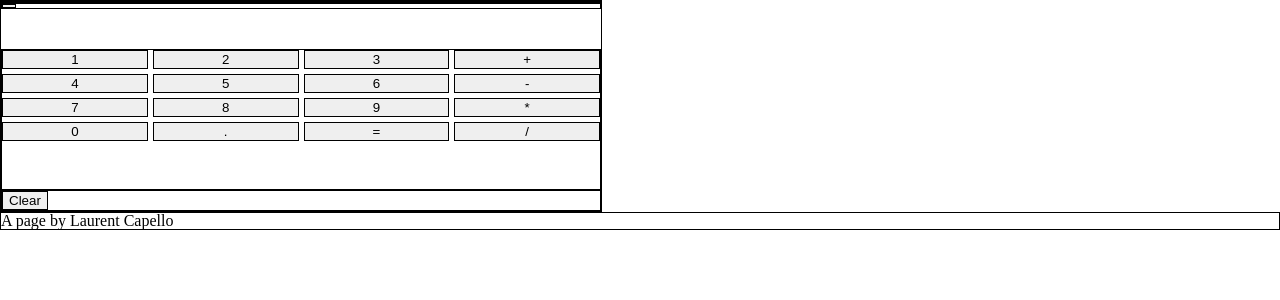
Repository: sokafootball/js-calculator
Page: index.html
These files come from the project's save history. The page is drawn as it stood at one moment and after the next save; the edit follows.
The browser window is 1280 px wide. The pictures show the whole page.

Above is the page before, as saved 2020-04-25 11:37:08.

### index.html
<html>
<head>
  <link rel="stylesheet" type="text/css" href="reset.css">
  <link rel="stylesheet" type="text/css" href="style.css">
  <link rel="stylesheet" type="text/css" href="wireframe.css">
</head>
<body>
<main id="main">
  <div id="calculator">
    <div id="calc-top">
      <p id="display"></p>
      <button id="backspace" class="button"></button>
    </div>
    <div id="calc-mid">
      <button class="button">1</button>
      <button class="button">2</button>
      <button class="button">3</button>
      <button class="button">+</button>
      <button class="button">4</button>
      <button class="button">5</button>
      <button class="button">6</button>
      <button class="button">-</button>
      <button class="button">7</button>
      <button class="button">8</button>
      <button class="button">9</button>
      <button class="button">*</button>
      <button class="button">0</button>
      <button class="button">.</button>
      <button class="button">=</button>
      <button class="button">/</button>
    </div>
    <div id="calc-bottom">
      <button id="clear-button" class="button">Clear</button>
    </div>
  </div>
</main>
<footer>
  <p>A page by <span id="signature">Laurent Capello</span></p>
</footer>
<script type="text/javascript" src="script.js"></script>
</body>
</html>

### style.css
#backspace{
  grid-area: backspace;
}

#calc-top{
  margin-bottom: 40px;
}

#clear-button{
  grid-area: clear;
}

#display{
  grid-area: display;
}

#calculator{
  width: 600px;
}

#calc-mid{
  display: grid;
  gap: 5px 5px;
  grid-template-areas:
    "display display display backspace"
    "numpad numpad numpad operators"
    "numpad numpad numpad operators"
    "numpad numpad numpad operators"
    "numpad numpad numpad operators"
    ". clear clear .";
  grid-template-columns: repeat(4, 1fr);
  grid-template-rows: repeat(6, 1fr);
}

### wireframe.css
button, div, p {
  border: 1px solid black;
}

Loaded but not shown: reset.css (common file); script.js (no copy from this time; the picture is the same without it)

After the next save:
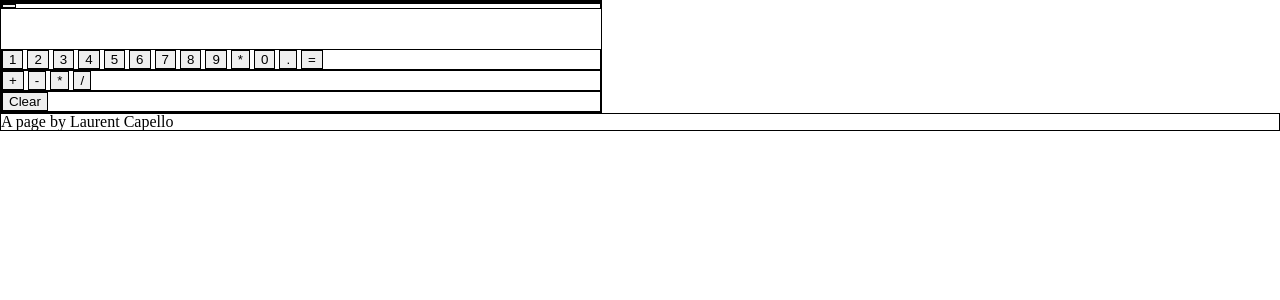
Saved 2 min 46 s later.
--- a/index.html
+++ b/index.html
@@ -11,15 +11,15 @@
       <p id="display"></p>
       <button id="backspace" class="button"></button>
     </div>
-    <div id="calc-mid">
+    <div id="numpad">
       <button class="button">1</button>
       <button class="button">2</button>
       <button class="button">3</button>
-      <button class="button">+</button>
+
       <button class="button">4</button>
       <button class="button">5</button>
       <button class="button">6</button>
-      <button class="button">-</button>
+
       <button class="button">7</button>
       <button class="button">8</button>
       <button class="button">9</button>
@@ -27,7 +27,13 @@
       <button class="button">0</button>
       <button class="button">.</button>
       <button class="button">=</button>
-      <button class="button">/</button>
+
+    </div>
+    <div id="operators">
+    <button class="button">+</button>
+    <button class="button">-</button>
+    <button class="button">*</button>
+    <button class="button">/</button>
     </div>
     <div id="calc-bottom">
       <button id="clear-button" class="button">Clear</button>
